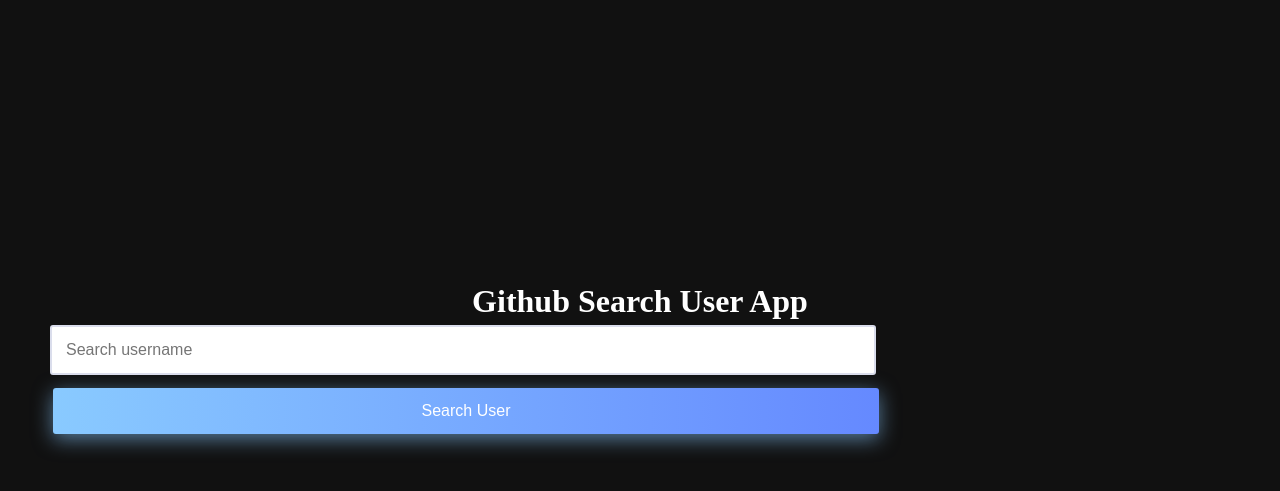
Repository: solox-cyber/Github-search-user
Page: index.html
These files come from the project's save history. The page is drawn as it stood at one moment and after the next save; the edit follows.
The browser window is 1280 px wide. The pictures show the whole page.

Above is the page before, as saved 2023-03-25 18:43:43.

### index.html
<!DOCTYPE html>
<html lang="en">

<head>
    <meta charset="UTF-8">
    <meta http-equiv="X-UA-Compatible" content="IE=edge">
    <meta name="viewport" content="width=device-width, initial-scale=1.0">
    <title>Github Search User Using Github API</title>
    <link rel="stylesheet" href="style.css">
</head>

<body>
    <div class="container">
        <h1>
            Github Search User App
        </h1>
        <form id="myForm" autocomplete="off">
            <div class="form-group">
                <input type="text" name="" class="form-control" placeholder="Search username" id="search" required>
            </div>
            <div class="form-group">
                <button class="btn btn-danger btn-block">
                    Search User
                </button>
            </div>
        </form>

    <div id="result"></div>
    </div>


        <script src="script.js"></script>
</body>

</html>

### style.css
*{
    margin: 0;
    padding: 0;
    box-sizing: border-box;
}

body{
    background-color: #111;
    color: #fff;
}
.container{
    position: relative;
    height: 100vh;
    width: 100%;
    top:10%;
    padding:50px 50px;
    justify-content: center;
    align-content: center;
}

.container h1{
    text-align: center;
}
}

form .form-group{
    align-items:center;
}

input,
    button {
      width: 70%;
      border: none;
      padding: 14px;
      border-radius: 3px;
      margin: 3px;
    }

    input {
        border: 2px solid #DADDEC;
        margin: 5px 0 10px;
        font-size: 1rem;
        color: #656880;
      }

      button {
        background-image: linear-gradient(to right, #89CAFF, #6589FF);
        display: block;
        color: #fff;
        font-size: 1rem;
        cursor: pointer;
        box-shadow: 0 5px 20px #89caff94;
        transition: box-shadow .3s ease-in-out;
      }

      button:hover {
        box-shadow: none;
      }

### script.js
var form = document.getElementById("myForm");

form.addEventListener('submit', function(e){
e.preventDefault();

var search = document.getElementById("search").value;

var originalName = search.split(' ').join(' ');

document.getElementById("result").innerHTML = "";
fetch("https://api.github.com/users/"+originalName)
.then(result=>result.json())
.then(data => {
    console.log(data);
    document.getElementById('result').innerHTML =`
   <a target="_blank" href="https://www.github.com/${originalName}"> <img src="${data.avatar_url}"/></a>
    `
})



})

After the next save:
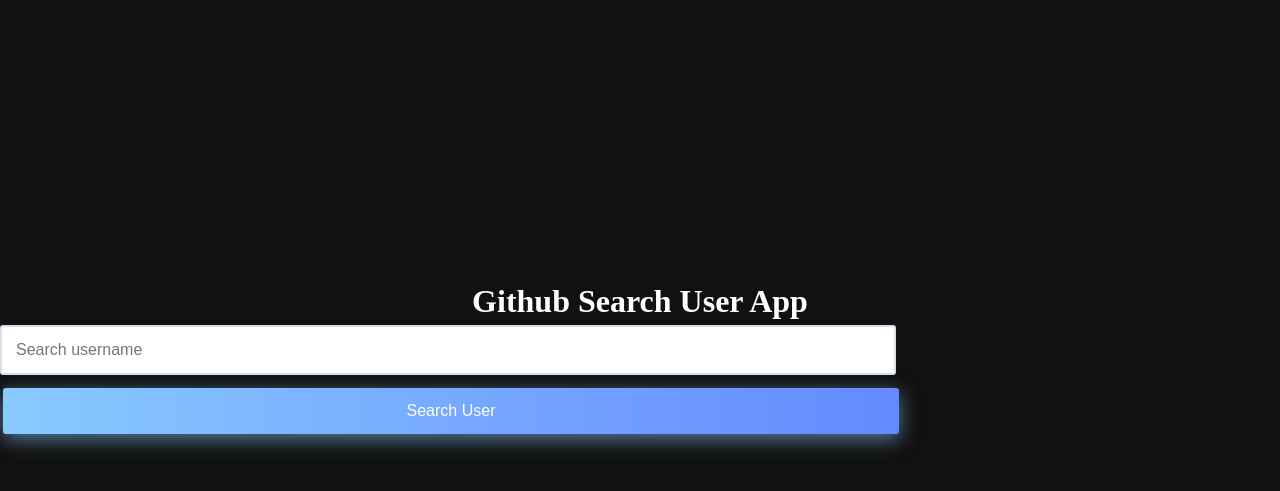
Saved 11 s later.
--- a/style.css
+++ b/style.css
@@ -13,7 +13,7 @@
     height: 100vh;
     width: 100%;
     top:10%;
-    padding:50px 50px;
+
     justify-content: center;
     align-content: center;
 }
